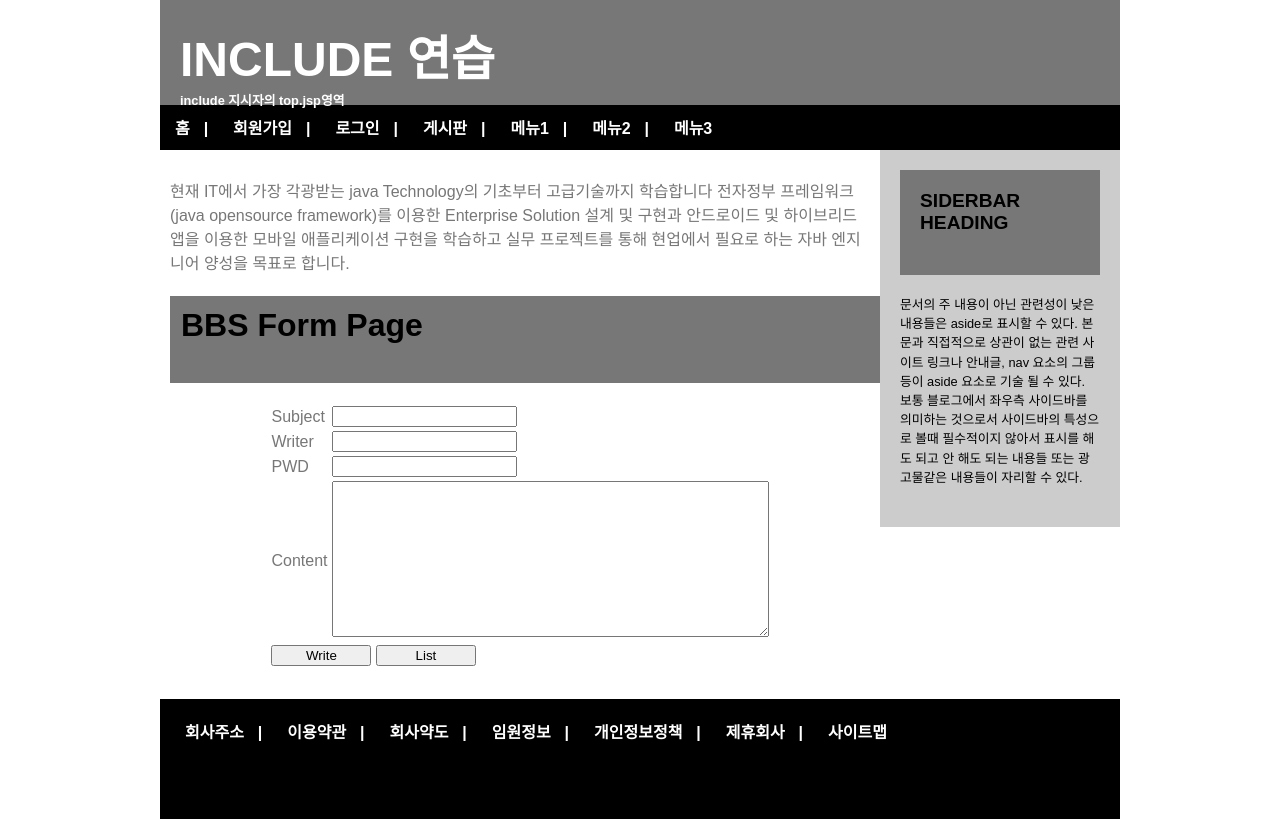
Repository: dev-sean/kosta
Page: http://localhost/jsp_1105_mybatis/bbsForm.jsp
An editor plug-in stored every save of this project. The page is shown before and after the next save, followed by the edit.
The browser window is 1280 px wide. The pictures show the whole page.
Some web libraries are served in a nearby version. The page is served by Tomcat 9.

Above is the page before, as saved 2014-11-05 07:23:38.

After the next save:
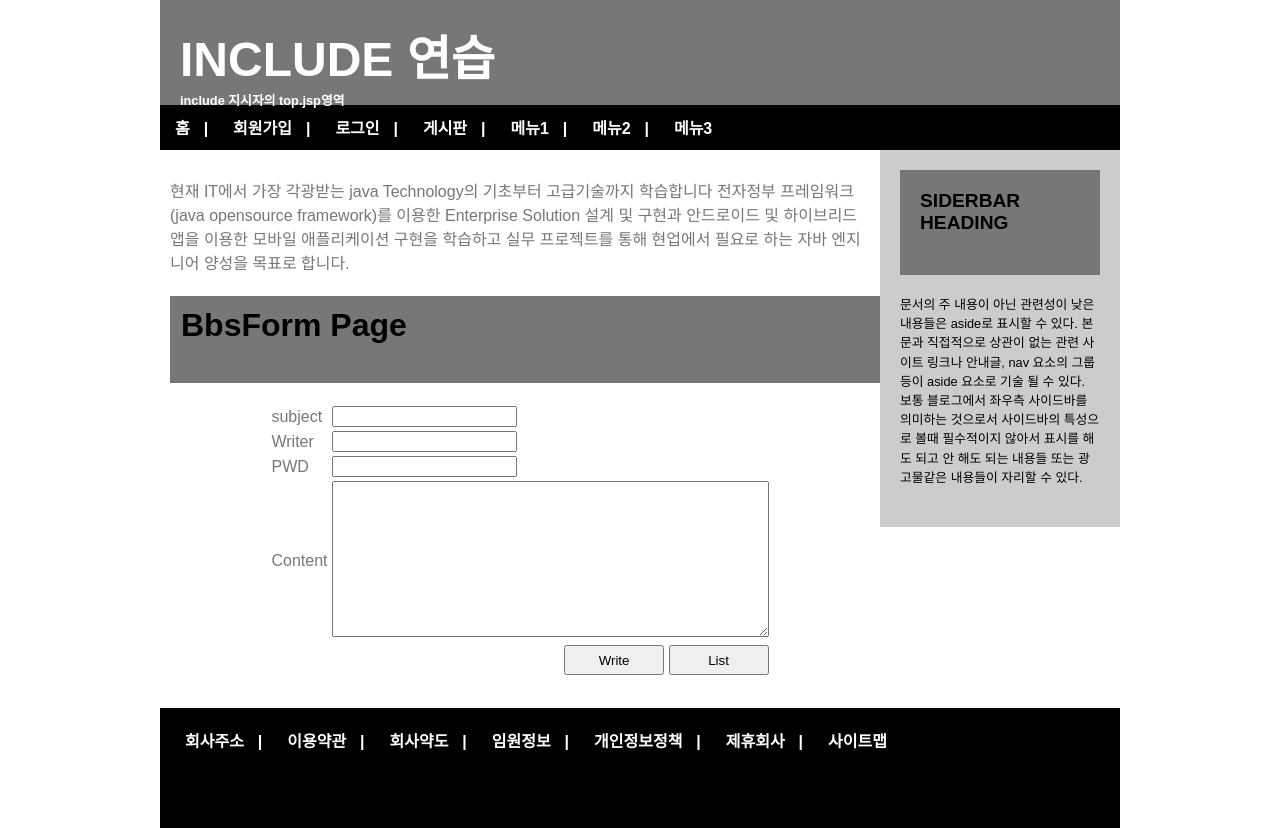
Saved 23 s later.
--- a/jsp/jsp_1105_mybatis/WebContent/bbsForm.jsp
+++ b/jsp/jsp_1105_mybatis/WebContent/bbsForm.jsp
@@ -1,6 +1,32 @@
 <%@ page language="java" contentType="text/html; charset=EUC-KR"
 	pageEncoding="EUC-KR"%>
 <%@include file="ex1_top.jsp"%>
+<script src="//code.jquery.com/jquery-1.11.0.min.js"></script>
+<script src="//code.jquery.com/jquery-migrate-1.2.1.min.js"></script>
+<script>
+	$(document).ready(function() {
+		$('#btn1').click(function() {
+
+			$.ajax({
+				url : "idcheck.jsp",
+				data : {
+					'id' : $('#id').val()
+				},
+				success : function(data) {
+					var iValue = data.indexOf("success");
+					if (iValue != -1) {
+						alert("사용가능한 아이디입니다.");
+					} else {
+						alert("중복된 아이디입니다.");
+					}
+				},
+				error : function(e) {
+					console.log(e);
+				}
+			});
+		});
+	});
+</script>
 <article>
 	<p>현재 IT에서 가장 각광받는 java Technology의 기초부터 고급기술까지 학습합니다 전자정부
 		프레임워크(java opensource framework)를 이용한 Enterprise Solution 설계 및 구현과
@@ -8,34 +34,34 @@
 		엔지니어 양성을 목표로 합니다.</p>
 	<section>
 		<header style="margin: auto; width: 100%;">
-			<h2>BBS Form Page</h2>
+			<h2>BbsForm Page</h2>
 		</header>
 		<p>
 		<form method="post" action="bbsadd.jsp">
 			<input type="hidden" name="reip" value="<%=request.getRemoteAddr()%>">
 			<table style="margin: auto; width: 400px">
 				<tr>
-					<td>Subject</td>
-					<td><input type="text" name="sub" id="id">
+					<td>subject</td>
+					<td><input type="text" name="sub" id="id"></td>
 				</tr>
 				<tr>
 					<td>Writer</td>
-					<td><input type="text" name="write"></td>
+					<td><input type="text" name="writer"></td>
 				</tr>
 				<tr>
 					<td>PWD</td>
-					<td><input type="password" name="pwd"></td>
+					<td><input type="password" name="pwd" id="pwd"></td>
 				</tr>
+
 				<tr>
 					<td>Content</td>
 					<td><textarea rows="10" cols="52" name="cont"></textarea>
 				</tr>
-
-
 				<tr>
-					<td colspan="2"><input type="submit" value="Write"
-						style="width: 100px; heigth: 30px"> <input type="button"
-						value="List" style="width: 100px; heigth: 30px"></td>
+					<td colspan="2" style="text-align: right;"><input
+						type="submit" value="Write" style="width: 100px; height: 30px;">
+						<input type="button" value="List"
+						style="width: 100px; height: 30px;"></td>
 				</tr>
 			</table>
 		</form>
